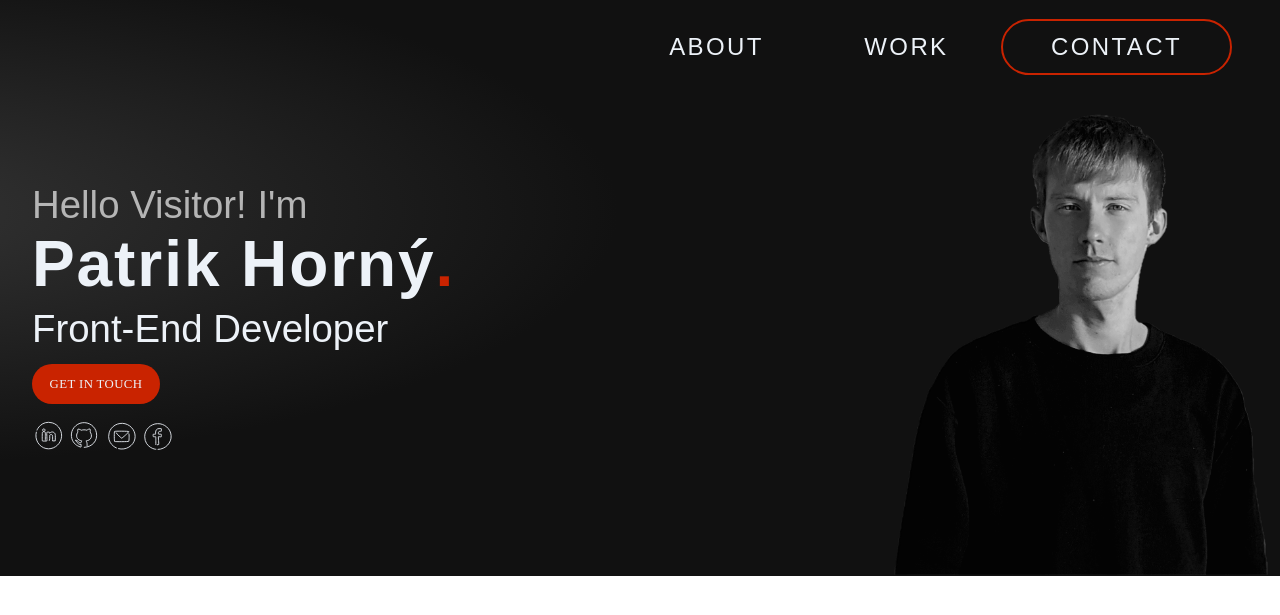
Repository: Spreceriany/portfolio
Page: index.html
An editor plug-in stored every save of this project. The page is shown before and after the next save, followed by the edit.
The browser window is 1280 px wide. The pictures show the whole page.
Some web fonts or font styles are not loaded; a fallback is used. The style sheet was rebuilt from its Sass, Less or Tailwind sources for each picture, by a compiler version that may differ from the author's.

Above is the page before, as saved 2021-03-07 18:25:52.

After the next save:
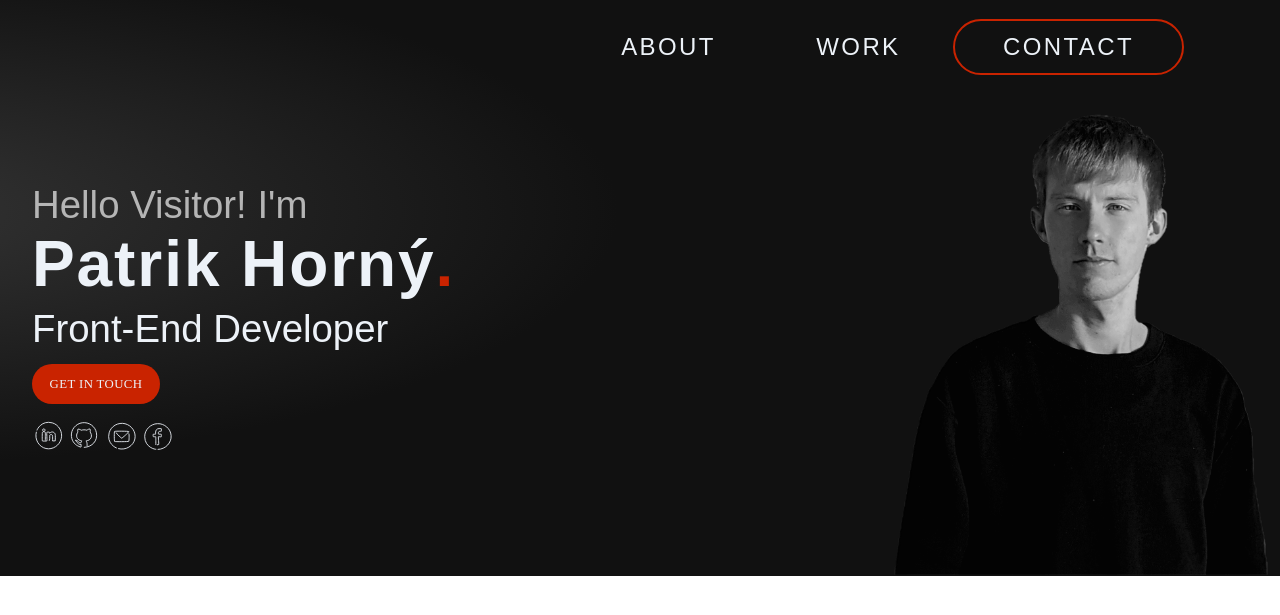
Saved 11 s later.
--- a/css/style.scss
+++ b/css/style.scss
@@ -83,7 +83,7 @@ header {
           background-repeat: no-repeat;
           background-size: 0% 100%;
           transition: background-size 0.3s;
-          margin-right: 2em;
+          margin-right: 4em;
           &:hover {
             background-size: 100% 100%;
           }
